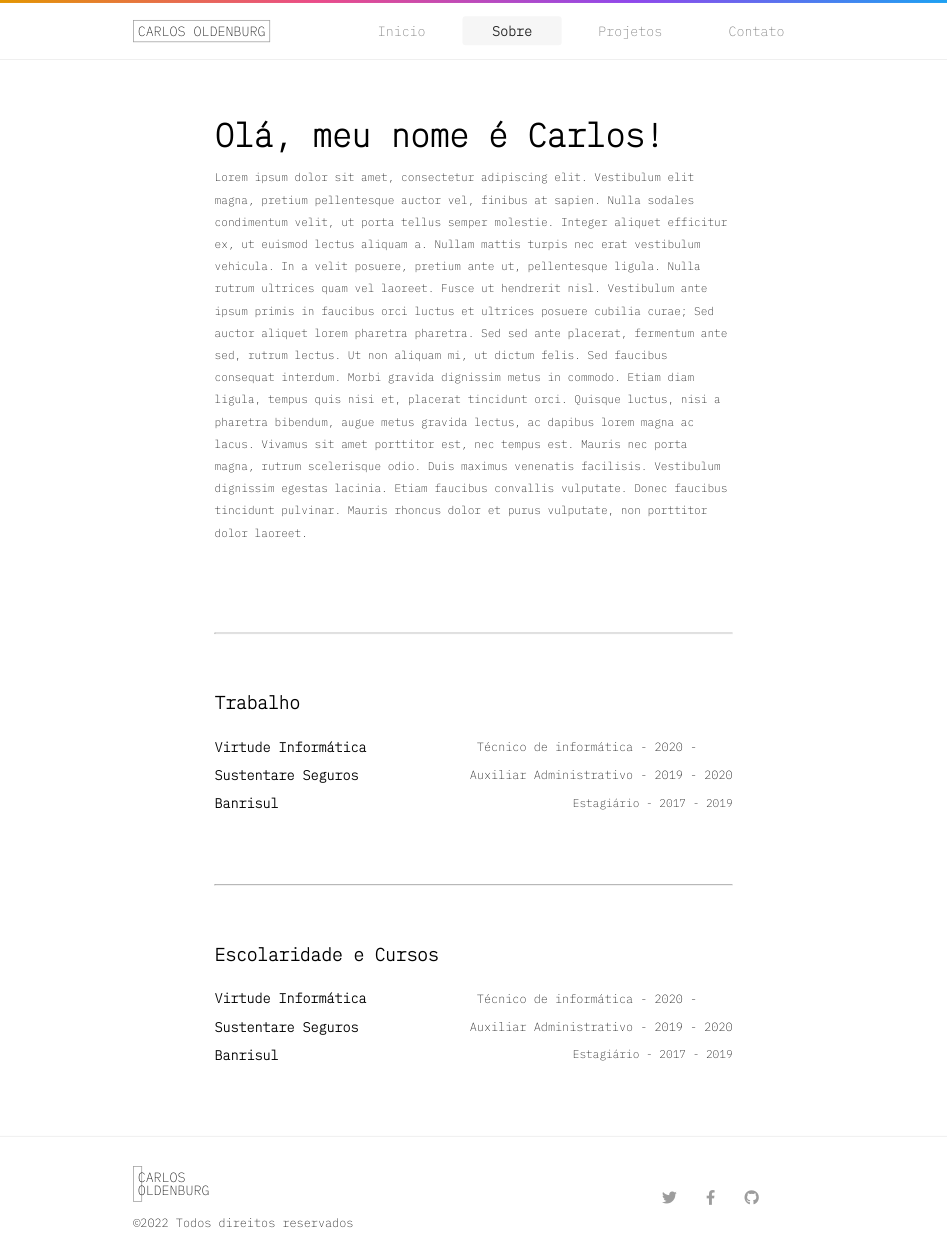
Repository: Carolden/PortfolioCrie
Page: sobre.html
The author's editor kept a copy of each file at every save. The page is drawn from the files as they stood at one save, then again after the next save.
The browser window is 1280 px wide. The pictures show the whole page, at 74% of full size.

Above is the page before, as saved 2023-05-24 10:46:00.

### sobre.html
<!DOCTYPE html>
<html lang="pt-BR">
<head>
    <meta charset="UTF-8">
    <meta http-equiv="X-UA-Compatible" content="IE=edge">
    <meta name="viewport" content="width=device-width, initial-scale=1.0">
    <title>Carlos Eduardo Oldenburg</title>

    <link rel="stylesheet" href="styles/base/reset.css">
    <link rel="stylesheet" href="styles/base/body.css">
    <link rel="stylesheet" href="styles/layout/container.css">
    <link rel="stylesheet" href="styles/layout/footer.css">
    <link rel="stylesheet" href="styles/layout/header.css">
    <link rel="stylesheet" href="styles/layout/index__section.css">
    <link rel="stylesheet" href="styles/components/about__text.css">
    <link rel="stylesheet" href="styles/components/header__a.css">
    <link rel="stylesheet" href="styles/components/header__nav.css">
    <link rel="stylesheet" href="styles/components/hr.css">
    <link rel="stylesheet" href="styles/components/name__box.css">
    <link rel="stylesheet" href="styles/components/project__index.css">
    <link rel="stylesheet" href="styles/components/section__contact.css">
    <link rel="stylesheet" href="styles/components/section__image.css">
    <link rel="stylesheet" href="styles/components/section__p.css">
    <link rel="stylesheet" href="styles/components/section__title.css">
    <link rel="stylesheet" href="styles/components/work.css">
    <link rel="stylesheet" href="sobre.html">

    <link rel="preconnect" href="https://fonts.googleapis.com">
    <link rel="preconnect" href="https://fonts.gstatic.com" crossorigin>
    <link href="https://fonts.googleapis.com/css2?family=IBM+Plex+Mono:wght@200&family=Open+Sans:wght@800&display=swap" rel="stylesheet">
    <link rel="stylesheet" href="https://cdnjs.cloudflare.com/ajax/libs/font-awesome/6.4.0/css/all.min.css">

</head>
<body>

    <header class="header">

        <div class="name__container">
            <h2 class="name__box">CARLOS OLDENBURG</h2>
        </div>

        <nav class="header__nav">
            <a href="index.html" class="header__a">Inicio</a>
            <a href="sobre.html" class="header__a active"> Sobre</a>
            <a href="#" class="header__a">Projetos</a>
            <a href="#" class="header__a">Contato</a>
        </nav>

    </header>

    <section>

        <div class="about__text">

        <h1 class="section__title section--align">Olá, meu nome é Carlos!</h1>
        <p class="section__p about--p">Lorem ipsum dolor sit amet, consectetur adipiscing elit. Vestibulum elit magna, pretium pellentesque auctor vel, finibus at sapien. Nulla sodales condimentum velit, ut porta tellus semper molestie. Integer aliquet efficitur ex, ut euismod lectus aliquam a. Nullam mattis turpis nec erat vestibulum vehicula.

            In a velit posuere, pretium ante ut, pellentesque ligula. Nulla rutrum ultrices quam vel laoreet. Fusce ut hendrerit nisl. Vestibulum ante ipsum primis in faucibus orci luctus et ultrices posuere cubilia curae; Sed auctor aliquet lorem pharetra pharetra. Sed sed ante placerat, fermentum ante sed, rutrum lectus. Ut non aliquam mi, ut dictum felis.

            Sed faucibus consequat interdum. Morbi gravida dignissim metus in commodo. Etiam diam ligula, tempus quis nisi et, placerat tincidunt orci. Quisque luctus, nisi a pharetra bibendum, augue metus gravida lectus, ac dapibus lorem magna ac lacus. Vivamus sit amet porttitor est, nec tempus est.

            Mauris nec porta magna, rutrum scelerisque odio. Duis maximus venenatis facilisis. Vestibulum dignissim egestas lacinia. Etiam faucibus convallis vulputate. Donec faucibus tincidunt pulvinar. Mauris rhoncus dolor et purus vulputate, non porttitor dolor laoreet.</p>

        </div>

    </section>

    <hr class="hr">

    <section class="work">

        <h2 class="work__title">Trabalho</h2>

        <div class="work__container">
            <h3 class="work__subtitle">Virtude Informática</h3>
            <p>Técnico de informática   -   2020 -&emsp;&emsp;&emsp;</p>
        </div>

        <div class="work__container">
            <h3 class="work__subtitle">Sustentare Seguros</h3>
            <p>Auxiliar Administrativo   -   2019 - 2020</p>
        </div>

        <div class="work__container">
            <h3 class="work__subtitle">Banrisul</h3>
            <p class="work__p">Estagiário   -   2017 - 2019</p>
        </div>

    </section>

    <hr class="hr">

    <section class="work">

        <h2 class="work__title">Escolaridade e Cursos</h2>

        <div class="work__container">
            <h3 class="work__subtitle">Virtude Informática</h3>
            <p>Técnico de informática   -   2020 -&emsp;&emsp;&emsp;</p>
        </div>

        <div class="work__container">
            <h3 class="work__subtitle">Sustentare Seguros</h3>
            <p>Auxiliar Administrativo   -   2019 - 2020</p>
        </div>

        <div class="work__container">
            <h3 class="work__subtitle">Banrisul</h3>
            <p class="work__p">Estagiário   -   2017 - 2019</p>
        </div>

    </section>


























    <footer class="footer">

        <div class="name__container footer__column">

            <h2 class="name__box name--footer">CARLOS OLDENBURG</h2>
            <p class="footer__p">©2022 Todos direitos reservados</p>

        </div>

        <div class="footer__column footer__icons">

            <i class="fa-brands fa-twitter contact__icon"></i>
            <i class="fa-brands fa-facebook-f contact__icon"></i>
            <i class="fa-brands fa-github contact__icon"></i>

        </div>

    </footer>

</body>
</html>

### styles/base/body.css
body {
    font-family: 'IBM Plex Mono', monospace;
    overflow-y: scroll;
}

### styles/layout/container.css
.container {
    padding: 0 290px 0 290px;
}

### styles/layout/footer.css
.footer {
    display: flex;
    box-sizing: border-box;
    align-items: center;
    border-top: 1px solid #EAEAEA;
    margin-top: 80px;
    align-items: center;
}

.name--footer {
    margin: 40px 550px 20px 180px;
}

footer p {
    margin: 0 0 40px 180px;
}

.footer__column {
    width: 50%;
}

.footer__icons {
    text-align: center;
}

### styles/layout/header.css
.header {
    display: flex;
    justify-content: space-between;
    height: 80px;
    width: 100%;
    left: 0px;
    top: 4px;
    border-radius: 0px;
    box-sizing: border-box;
    /* position: absolute; */
    align-items: center;
    border-top: 4px;
    border-image: linear-gradient(to right, #E39600, #EA4C89, #8F48EB, #1DA1F2) 1;
    border-style: solid;
}

### styles/layout/index__section.css
.index__section {
    display: flex;
    flex-direction: column;
    align-items: center;
    border-top: 1px solid #EAEAEA;
    padding: 80px 0 50px 0;
}

### styles/components/about__text.css
.about__text {
    /* display: flex; */
    padding: 80px 290px 0 290px;
    align-items: left;
    flex-direction: column;
    border-top: 1px solid #EAEAEA;
}

### styles/components/header__a.css
.header__a {
    padding: 40px;
    text-decoration: none;
    color: #6C6C6C;
    font-size: 18px;
}

.active {
    color: #242424;
    font-weight: 600;
    background: #F6F6F6;
    border-radius: 4px;
    padding-top: 8px;
    padding-bottom: 8px;
}

### styles/components/header__nav.css
.header__nav {
    margin-right: 180px;
}

### styles/components/hr.css
.hr {
    margin: 80px 290px 80px 290px;
    color: #EAEAEA;
}

### styles/components/name__box.css
.name__box {
    border: 1px solid #9D9D9D;
    padding: 5px;
    margin-left: 180px;
    font-size: 18px;
}

### styles/components/project__index.css
.project__h2 {
    padding-bottom: 80px;
    font-size: 24px;
    font-weight: 600;
}

.project__index {
    border: 1px solid #EAEAEA;
    margin: 0 290px 20px 290px;
    display: flex;
    background-color: #FAFAFA;
}

.project__icon {
    font-size: 80px;
    padding: 40px 20px 40px 40px;
    color: #E39600;
}

.project__h3 {
    font-size: 18px;
    font-weight: 600;
    padding: 40px 0 20px 20px;
}

.project__p {
    padding: 0 40px 40px 20px;
}

.icon--color--pink {
    color: #EA4C89;
}

### styles/components/section__contact.css
.section__contact {
    display: flex;
    margin: 0 280px 0 280px;
    align-items: center;
}

.contact__icon {
    padding: 15px;
    font-size: 20px;
    color: #9D9D9D;
}

.contact__button {
    text-decoration: none;
    padding-left: 15px;
    color: #363636;
    font-weight: 600;
    font-size: 15px;
    border: 1px solid #EAEAEA;
    border-radius: 20px;
    background: #FAFAFA;
    padding: 10px 15px;
    margin-left: 15px;
}

### styles/components/section__image.css
.section__image {
    width: 800px;
    height: 800px;
    padding: 40px 0 55px 0;

}

### styles/components/section__p.css
.section__p {
    font-size: 15px;
    font-weight: 400;
    line-height: 30px;
    letter-spacing: 0em;
    text-align: left;
    margin: 0 280px 0 280px;
}

.about--p {
    margin: 0;
    padding-bottom: 40px;
}

### styles/components/section__title.css
.section__title {
    font-size: 44px;
    font-weight: 600;
}

.section--align {
    text-align: left;
    padding-bottom: 20px;
}

### styles/components/work.css
.work__title {
    font-size: 24px;
    font-weight: 600;
    padding-bottom: 40px;
}

.work__container {
    display: flex;
    justify-content: space-between;
    padding-bottom: 20px;
}

.work {
    margin-left: 290px;
    margin-right: 290px;
}

.work__subtitle {
    font-size: 18px;
    font-weight: 600;
}

.work__p {
    font-size: 15px;
    font-weight: 400;
}

Loaded but not shown: styles/base/reset.css (common file)

After the next save:
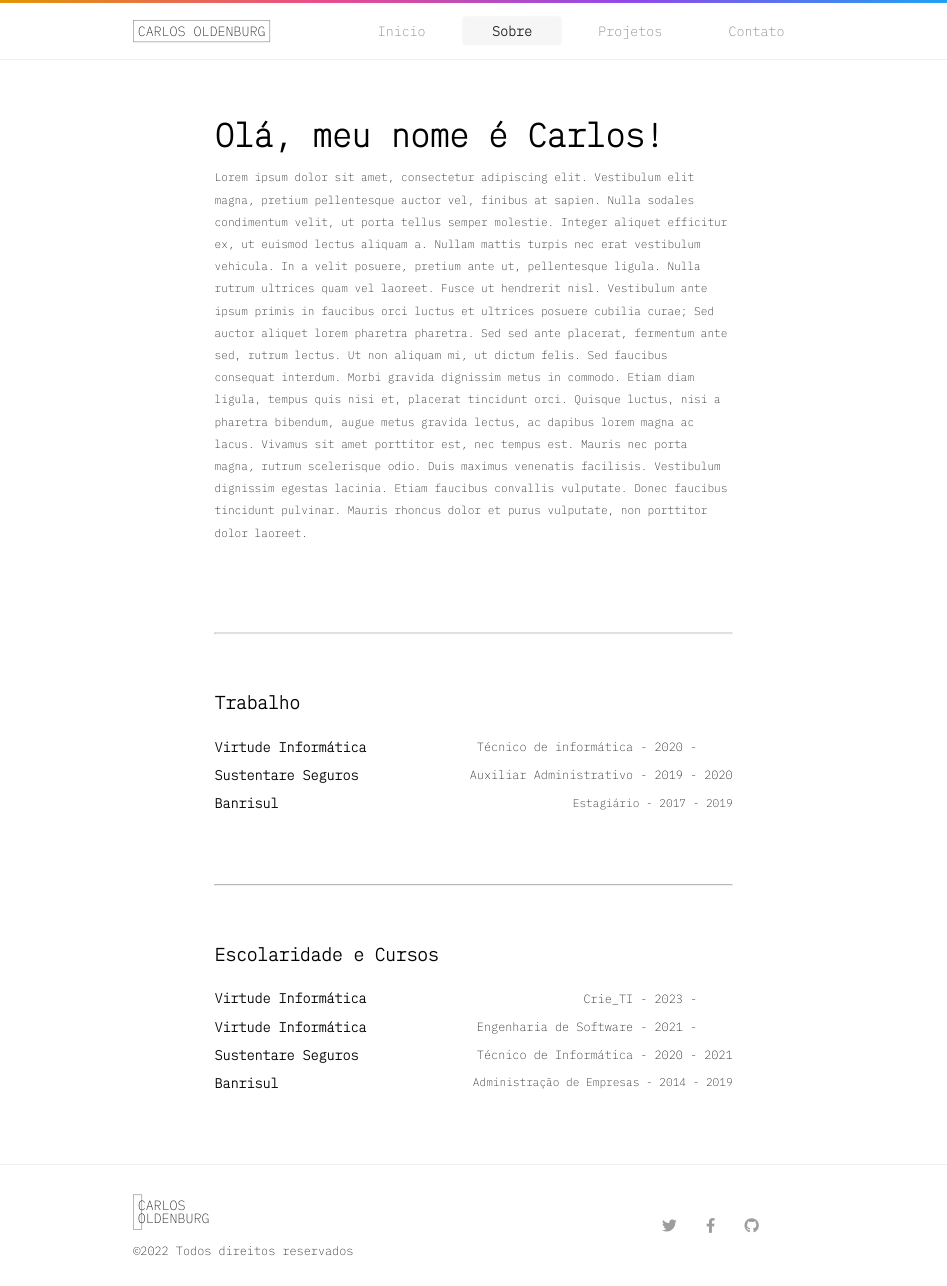
Saved 97 s later.
--- a/sobre.html
+++ b/sobre.html
@@ -96,17 +96,22 @@
 
         <div class="work__container">
             <h3 class="work__subtitle">Virtude Informática</h3>
-            <p>Técnico de informática   -   2020 -&emsp;&emsp;&emsp;</p>
+            <p>Crie_TI   -   2023 -&emsp;&emsp;&emsp;</p>
+        </div>
+
+        <div class="work__container">
+            <h3 class="work__subtitle">Virtude Informática</h3>
+            <p>Engenharia de Software   -   2021 -&emsp;&emsp;&emsp;</p>
         </div>
 
         <div class="work__container">
             <h3 class="work__subtitle">Sustentare Seguros</h3>
-            <p>Auxiliar Administrativo   -   2019 - 2020</p>
+            <p>Técnico de Informática   -   2020 - 2021</p>
         </div>
 
         <div class="work__container">
             <h3 class="work__subtitle">Banrisul</h3>
-            <p class="work__p">Estagiário   -   2017 - 2019</p>
+            <p class="work__p">Administração de Empresas   -   2014 - 2019</p>
         </div>
 
     </section>
